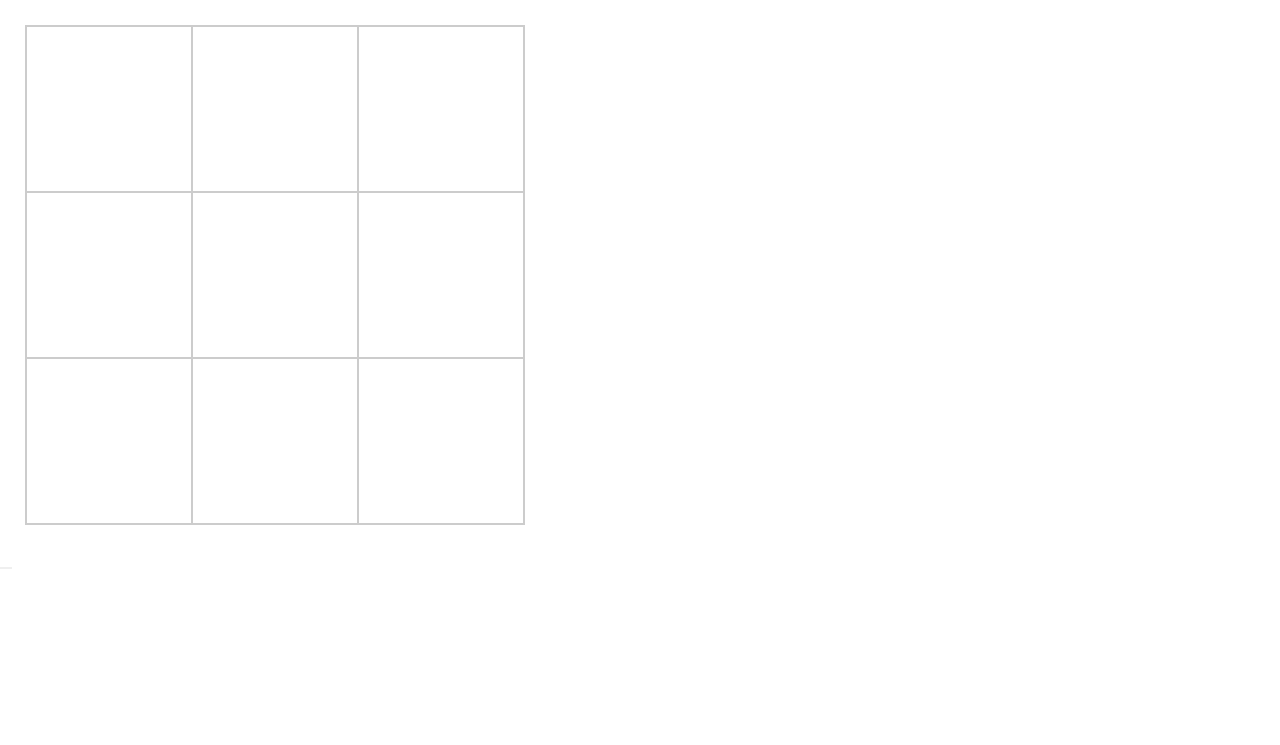
Repository: hoanguyen6611/tuhocreact
Page: / (app in my-app/)
The author's editor kept a copy of each file at every save. The page is drawn from the files as they stood at one save, then again after the next save.
The browser window is 1280 px wide. The pictures show the whole page.
The project was rebuilt for these pictures with package versions that can differ from the ones it lists, and the page was loaded fresh each time.

Above is the page before, as saved 2022-04-07 12:14:40.

After the next save:
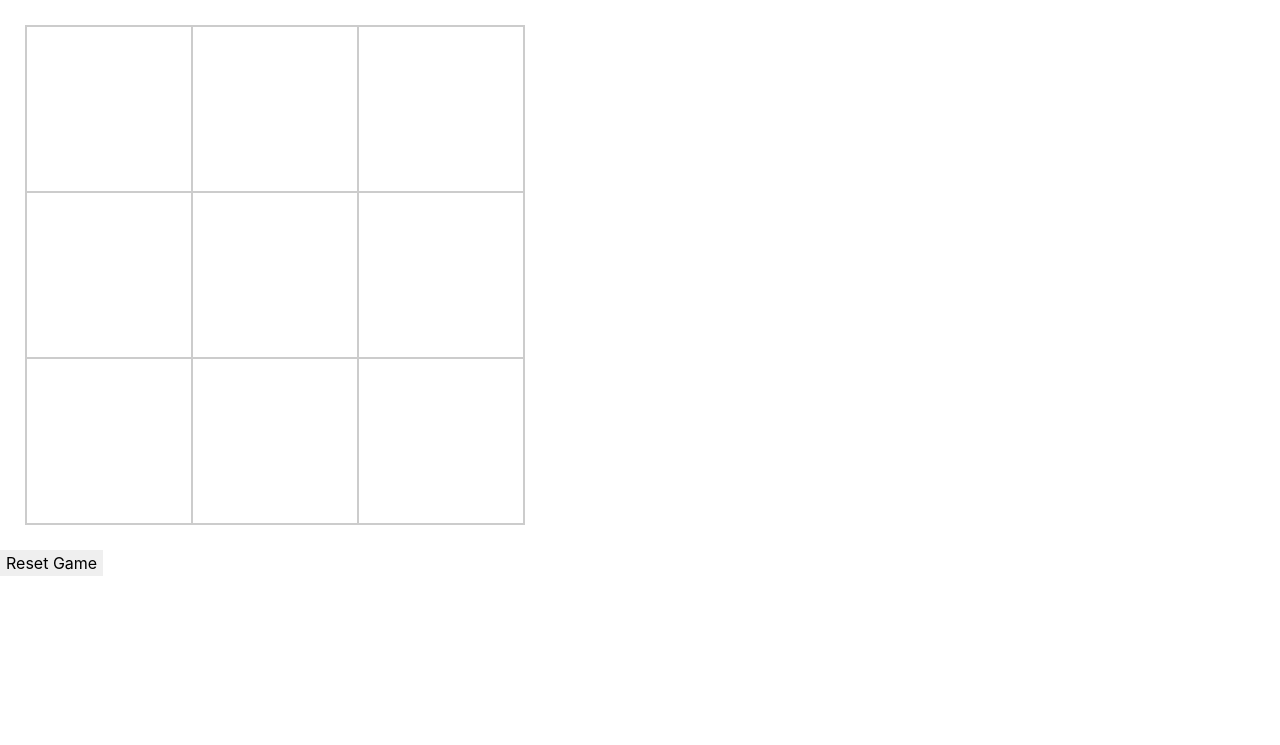
Saved 9 s later.
--- a/my-app/src/components/tictactoe/Game.js
+++ b/my-app/src/components/tictactoe/Game.js
@@ -17,7 +17,7 @@ const Game = () => {
     return (
         <div>
         <Board cells={board} onClick={handleClick}></Board>
-        <button></button>
+        <button>Reset Game</button>
         </div>
     );
 };
